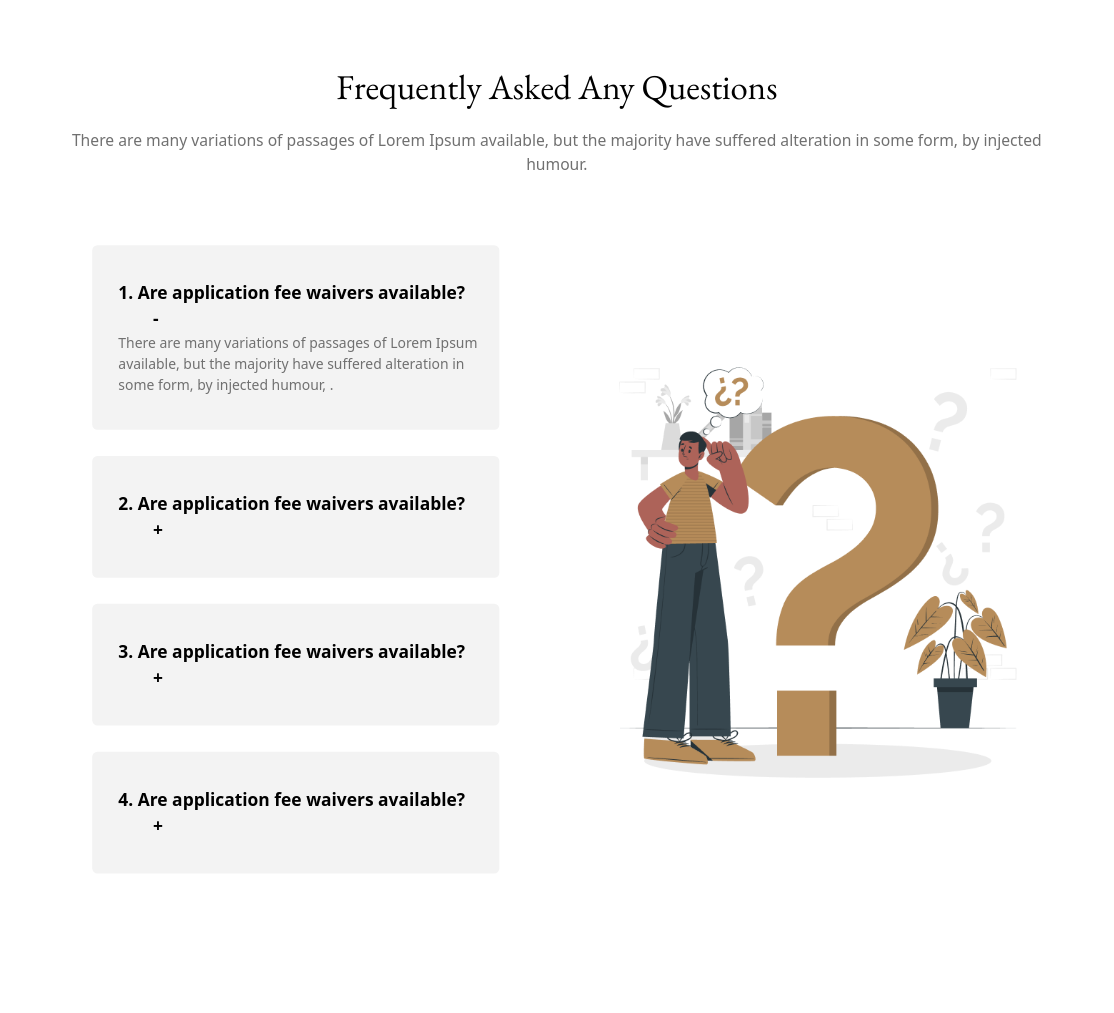
Repository: nahid-hasann/website-6
Page: index.html
These files come from the project's save history. The page is drawn as it stood at one moment and after the next save; the edit follows.
The browser window is 1280 px wide. The pictures show the whole page, at 87% of full size.

Above is the page before, as saved 2025-07-21 16:02:40.

After the next save:
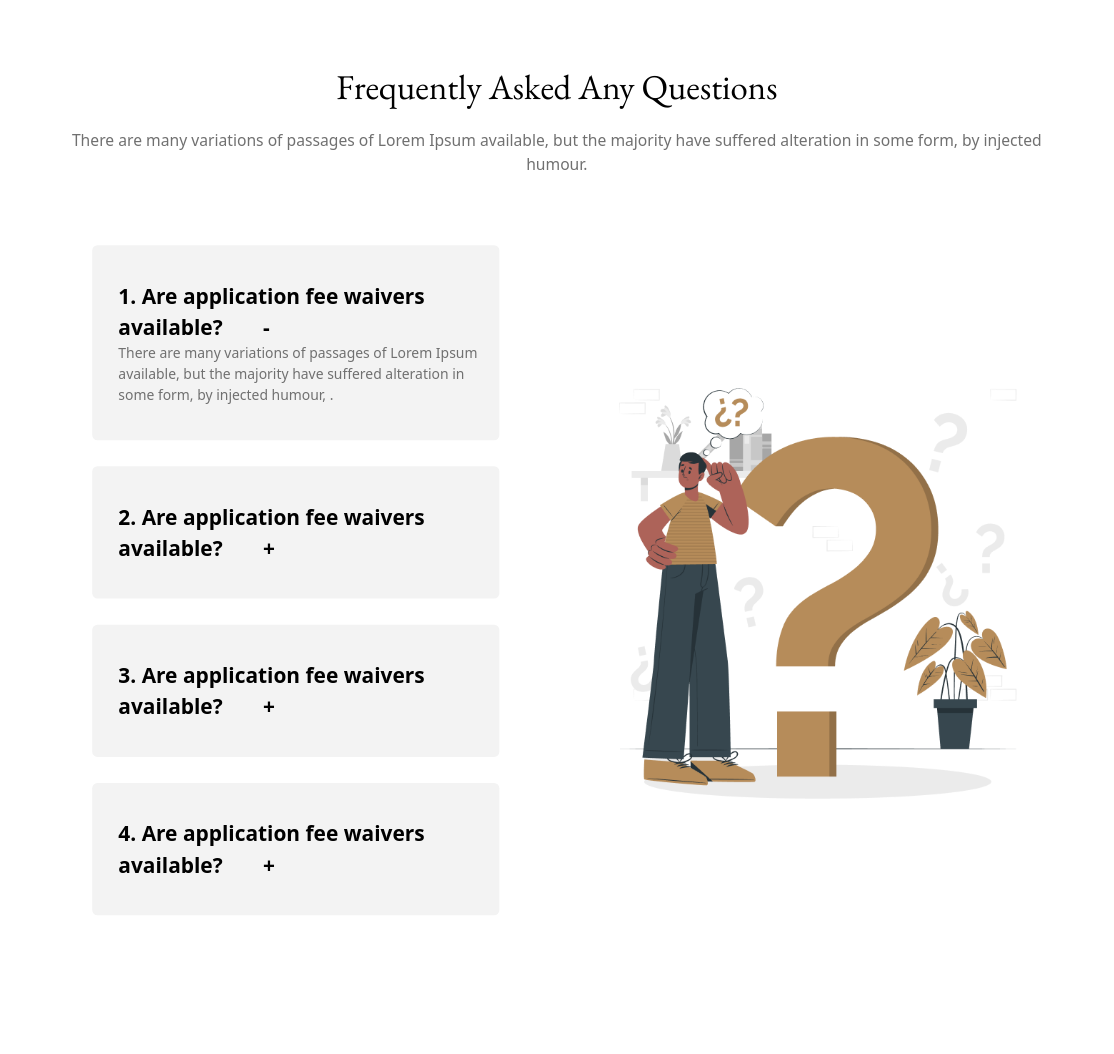
Saved 4 s later.
--- a/index.html
+++ b/index.html
@@ -105,17 +105,17 @@
          <div class="ques-img lg:flex lg:justify-around lg:items-center lg:gap-[30px] lg:mt-[80px] ">
              <div class="lg:w-[40%]">
                  <div class=" bg-[#f3f3f3] pl-[30px] py-[40px] rounded-md mb-[30px]">
-                    <h1 class="lg:text-[20px] xl:text-[] font-extrabold">1. Are application fee waivers available? <span class="ml-[40px]">-</span> </h1>
+                    <h1 class="lg:text-[20px] xl:text-[24px] font-extrabold">1. Are application fee waivers available? <span class="ml-[40px]">-</span> </h1>
                     <p class="text-[#707070]">There are many variations of passages of Lorem Ipsum available, but the majority have suffered alteration in some form, by injected humour, . </p>
                  </div>
                  <div class=" bg-[#f3f3f3] pl-[30px] py-[40px] rounded-md mb-[30px]">
-                    <h1 class="lg:text-[20px] xl:text-[] font-extrabold">2. Are application fee waivers available? <span class="ml-[40px]">+</span> </h1>
+                    <h1 class="lg:text-[20px] xl:text-[24px] font-extrabold">2. Are application fee waivers available? <span class="ml-[40px]">+</span> </h1>
                  </div>
                  <div class=" bg-[#f3f3f3] pl-[30px] py-[40px] rounded-md mb-[30px]">
-                    <h1 class="lg:text-[20px] xl:text-[] font-extrabold">3. Are application fee waivers available? <span class="ml-[40px]">+</span> </h1>
+                    <h1 class="lg:text-[20px] xl:text-[24px] font-extrabold">3. Are application fee waivers available? <span class="ml-[40px]">+</span> </h1>
                  </div>
                  <div class=" bg-[#f3f3f3] pl-[30px] py-[40px] rounded-md mb-[30px]">
-                    <h1 class="lg:text-[20px] xl:text-[] font-extrabold">4. Are application fee waivers available? <span class="ml-[40px]">+</span> </h1>
+                    <h1 class="lg:text-[20px] xl:text-[24px] font-extrabold">4. Are application fee waivers available? <span class="ml-[40px]">+</span> </h1>
                  </div>
              </div>
              <div class="lg:w-[40%]">
